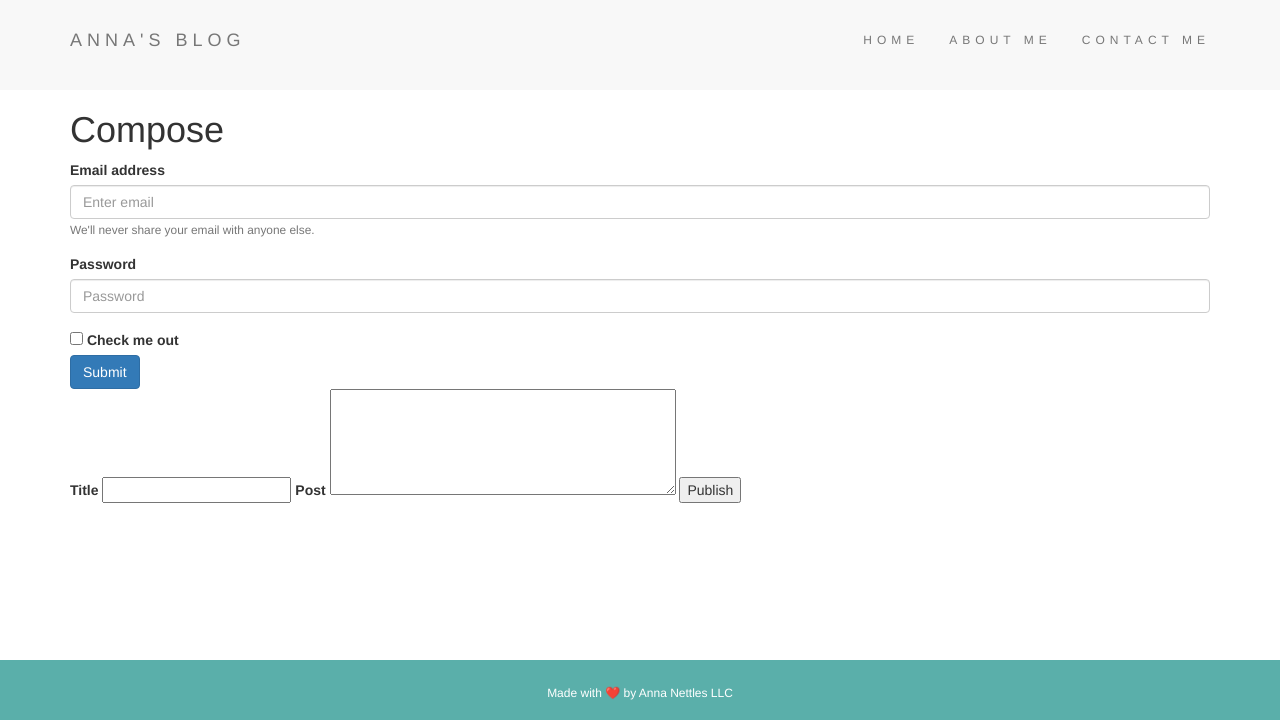
Repository: thecoachanna/blog
Page: http://localhost/compose
These files come from the project's save history. The page is drawn as it stood at one moment and after the next save; the edit follows.
The browser window is 1280 px wide. The pictures show the whole page.
The page is served by the project's Node server (app.js).

Above is the page before, as saved 2023-05-10 07:26:43.

### views/compose.ejs
<%- include("partials/header.ejs") %>

    <h1>Compose</h1>
    <form action="/compose" method="post">
        <div class="form-group">
          <label for="exampleInputEmail1">Email address</label>
          <input type="email" class="form-control" id="exampleInputEmail1" aria-describedby="emailHelp" placeholder="Enter email">
          <small id="emailHelp" class="form-text text-muted">We'll never share your email with anyone else.</small>
        </div>
        <div class="form-group">
          <label for="exampleInputPassword1">Password</label>
          <input type="password" class="form-control" id="exampleInputPassword1" placeholder="Password">
        </div>
        <div class="form-check">
          <input type="checkbox" class="form-check-input" id="exampleCheck1">
          <label class="form-check-label" for="exampleCheck1">Check me out</label>
        </div>
        <button type="submit" class="btn btn-primary">Submit</button>
      </form>
    <form action="/compose" method="post">
        <label for="title">Title</label>
        <input type="text" name="postTitle" autocomplete="off">

        <label for="post">Post</label>
        <textarea type="text" name="post" cols="40" rows="5"></textarea>
        <button type="submit" name="button">Publish</button>
    </form>

<%- include("partials/footer.ejs") %>

### views/partials/header.ejs
<!DOCTYPE html>
<html lang="en" dir="ltr">

<head>
  <meta charset="utf-8">
  <title>Anna's Blog</title>
  <meta charset="utf-8">
  <link rel="stylesheet" href="https://maxcdn.bootstrapcdn.com/bootstrap/3.3.7/css/bootstrap.min.css">
  <link rel="stylesheet" href="/css/styles.css">
  <nav class="navbar navbar-default">
    <div class="container">
      <div class="navbar-header">
        <p class="navbar-brand">ANNA'S BLOG</p>
      </div>
        <ul class="nav navbar-nav navbar-right">
          <!-- 6 -->
          <li id="home"><a href="/">HOME</a></li>
          <li id="about"><a href="/about">ABOUT ME</a></li>
          <li id="contact"><a href="/contact">CONTACT ME</a></li>
        </ul>
    </div>
  </nav>

  <body>
    <div class="container">

### views/partials/footer.ejs

</div>
<div class="footer-padding"></div>
  <div class="footer">
    <p>Made with ❤️ by Anna Nettles LLC</p>
  </div>
</div>
</body>
</html>

### app.js
//jshint esversion:6

const express = require("express");
const bodyParser = require("body-parser");
const ejs = require("ejs");

const homeStartingContent = "Lacus vel facilisis volutpat est velit egestas dui id ornare. Semper auctor neque vitae tempus quam. Sit amet cursus sit amet dictum sit amet justo. Viverra tellus in hac habitasse. Imperdiet proin fermentum leo vel orci porta. Donec ultrices tincidunt arcu non sodales neque sodales ut. Mattis molestie a iaculis at erat pellentesque adipiscing. Magnis dis parturient montes nascetur ridiculus mus mauris vitae ultricies. Adipiscing elit ut aliquam purus sit amet luctus venenatis lectus. Ultrices vitae auctor eu augue ut lectus arcu bibendum at. Odio euismod lacinia at quis risus sed vulputate odio ut. Cursus mattis molestie a iaculis at erat pellentesque adipiscing.";
const aboutContent = "Hac habitasse platea dictumst vestibulum rhoncus est pellentesque. Dictumst vestibulum rhoncus est pellentesque elit ullamcorper. Non diam phasellus vestibulum lorem sed. Platea dictumst quisque sagittis purus sit. Egestas sed sed risus pretium quam vulputate dignissim suspendisse. Mauris in aliquam sem fringilla. Semper risus in hendrerit gravida rutrum quisque non tellus orci. Amet massa vitae tortor condimentum lacinia quis vel eros. Enim ut tellus elementum sagittis vitae. Mauris ultrices eros in cursus turpis massa tincidunt dui.";
const contactContent = "Scelerisque eleifend donec pretium vulputate sapien. Rhoncus urna neque viverra justo nec ultrices. Arcu dui vivamus arcu felis bibendum. Consectetur adipiscing elit duis tristique. Risus viverra adipiscing at in tellus integer feugiat. Sapien nec sagittis aliquam malesuada bibendum arcu vitae. Consequat interdum varius sit amet mattis. Iaculis nunc sed augue lacus. Interdum posuere lorem ipsum dolor sit amet consectetur adipiscing elit. Pulvinar elementum integer enim neque. Ultrices gravida dictum fusce ut placerat orci nulla. Mauris in aliquam sem fringilla ut morbi tincidunt. Tortor posuere ac ut consequat semper viverra nam libero.";

const app = express();

app.set('view engine', 'ejs');

app.use(bodyParser.urlencoded({extended: true}));
app.use(express.static("public"));

// Home Page
app.get('/', (req, res) => {
  res.render('home', { startingContent: homeStartingContent })
})

// About Page
app.get('/about', (req, res) => {
  res.render('about', { about: aboutContent })
})

// Contact Page
app.get('/contact', (req, res) => {
  res.render('contact', { contact: contactContent })
})

// Compose Page - GET
app.get('/compose', (req, res) => {
  res.render('compose')
})

// Compose Page - POST
app.post('/compose', (req, res) => {
  let newBlog = req.body.blog
  console.log(newBlog)
  res.render('compose')
})











app.listen(3000, function() {
  console.log("Server started on port 3000");
});

### public/css/styles.css
.container-fluid {
    padding-top: 70px;
    padding-bottom: 70px;
}
.navbar {
    padding-top: 15px;
    padding-bottom: 15px;
    border: 0;
    border-radius: 0;
    margin-bottom: 0;
    font-size: 12px;
    letter-spacing: 5px;
}
.navbar-nav  li a:hover {
    color: #5AAFAA !important;
}

.footer-padding {
	padding-bottom: 60px;
}

.footer {
	position: absolute;
	text-align: center;
	bottom: 0;
	width: 100%;
	height: 60px;
	background-color: #5AAFAA;
}

.footer p {
	margin-top: 25px;
	font-size: 12px;
  color: #fff;
}

After the next save:
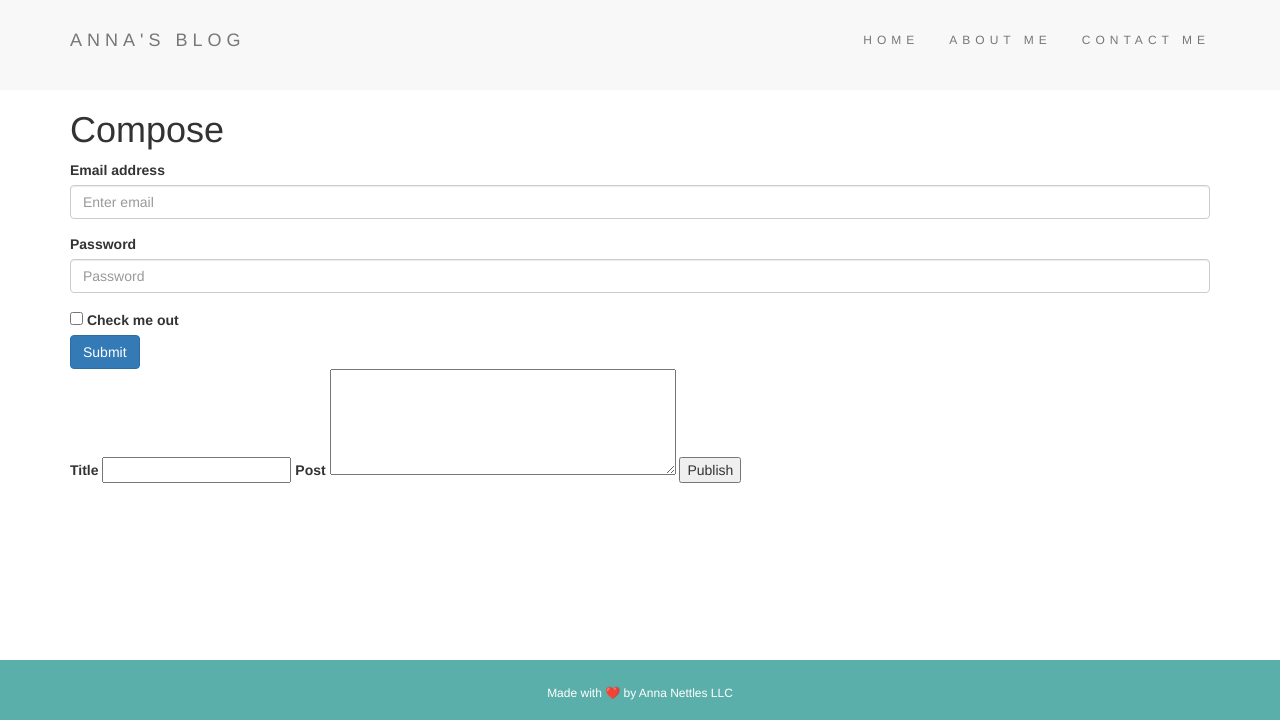
Saved 24 s later.
--- a/views/compose.ejs
+++ b/views/compose.ejs
@@ -5,7 +5,7 @@
         <div class="form-group">
           <label for="exampleInputEmail1">Email address</label>
           <input type="email" class="form-control" id="exampleInputEmail1" aria-describedby="emailHelp" placeholder="Enter email">
-          <small id="emailHelp" class="form-text text-muted">We'll never share your email with anyone else.</small>
+
         </div>
         <div class="form-group">
           <label for="exampleInputPassword1">Password</label>
